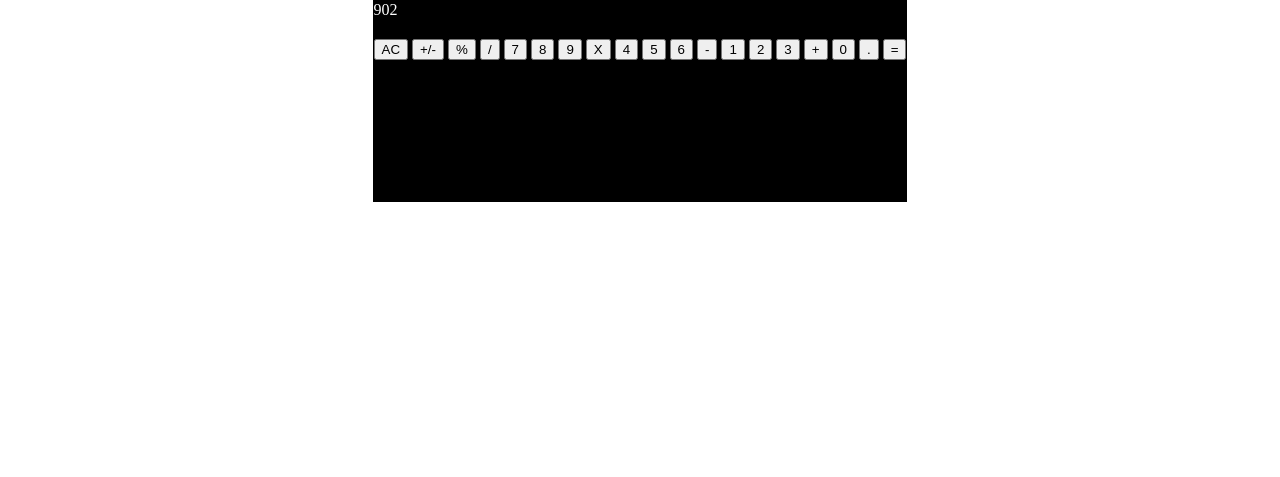
Repository: dmpelaez/calculator
Page: Calculator.html
These files come from the project's save history. The page is drawn as it stood at one moment and after the next save; the edit follows.
The browser window is 1280 px wide. The pictures show the whole page.

Above is the page before, as saved 2025-12-15 19:48:13.

### Calculator.html
<!DOCTYPE html>

  <html>
    <head>

      <title>Calculator</title>

      <!--CSS-->
      <link rel="stylesheet" href="Calculator.css">

    </head>
    <body>
      <!--Container-->
      <main class="container">

        <!--Sections-->
        <section class="Section">

          <!--Input section-->
          <div class="inputSection">902</div>

          <!--Btns section-->
          <div class="btnSection">
            <button class="btn">AC</button>
            <button class="btn">+/-</button>
            <button class="btn">%</button>
            <button class="btn">/</button>
            <button class="btn">7</button>
            <button class="btn">8</button>
            <button class="btn">9</button>
            <button class="btn">X</button>
            <button class="btn">4</button>
            <button class="btn">5</button>
            <button class="btn">6</button>
            <button class="btn">-</button>
            <button class="btn">1</button>
            <button class="btn">2</button>
            <button class="btn">3</button>
            <button class="btn">+</button>
            <button class="btn">0</button>
            <button class="btn">.</button>
            <button class="btn">=</button>
          </div>
        </section>


      </main>

      <script src="Calculator.js"></script>
    </body>

  </html>

### Calculator.css
body {
  margin: 0;
  padding: 0;
  box-sizing: border-box;
  display: flex;
  align-items: center;
  justify-content: center;

}

.Section {
display: flex;
flex-direction: column;
border: 1px solid black;
height: 200px;
gap: 20px;
background: black;
}
.inputSection {
  color: white;
}

Loaded but not shown: Calculator.js (no stored copy; drawn as an empty file)

After the next save:
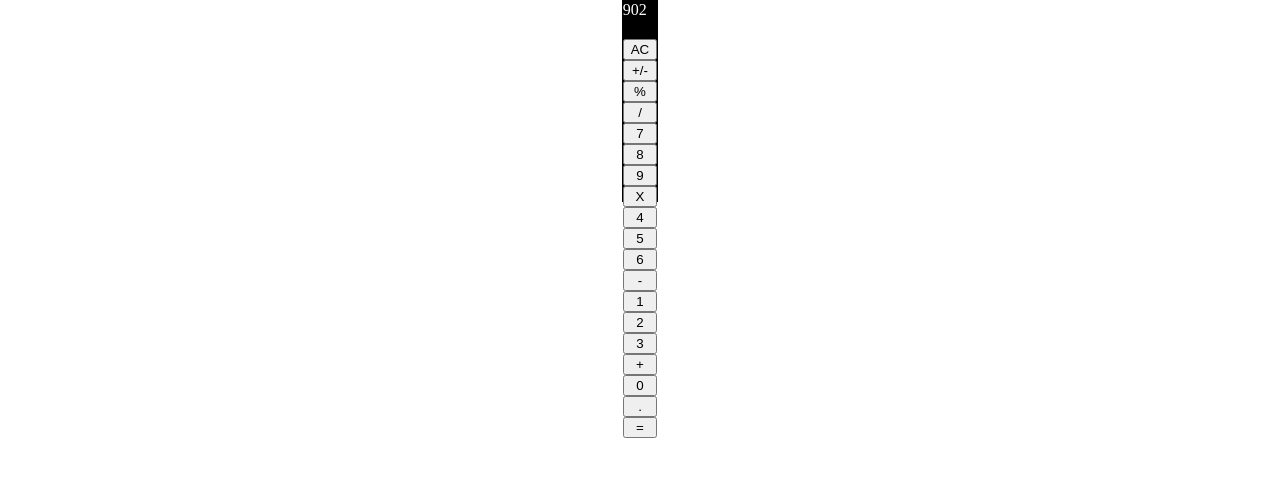
Saved 15 s later.
--- a/Calculator.css
+++ b/Calculator.css
@@ -19,3 +19,6 @@ background: black;
 .inputSection {
   color: white;
 }
+.btnSection {
+  display: grid;
+}
